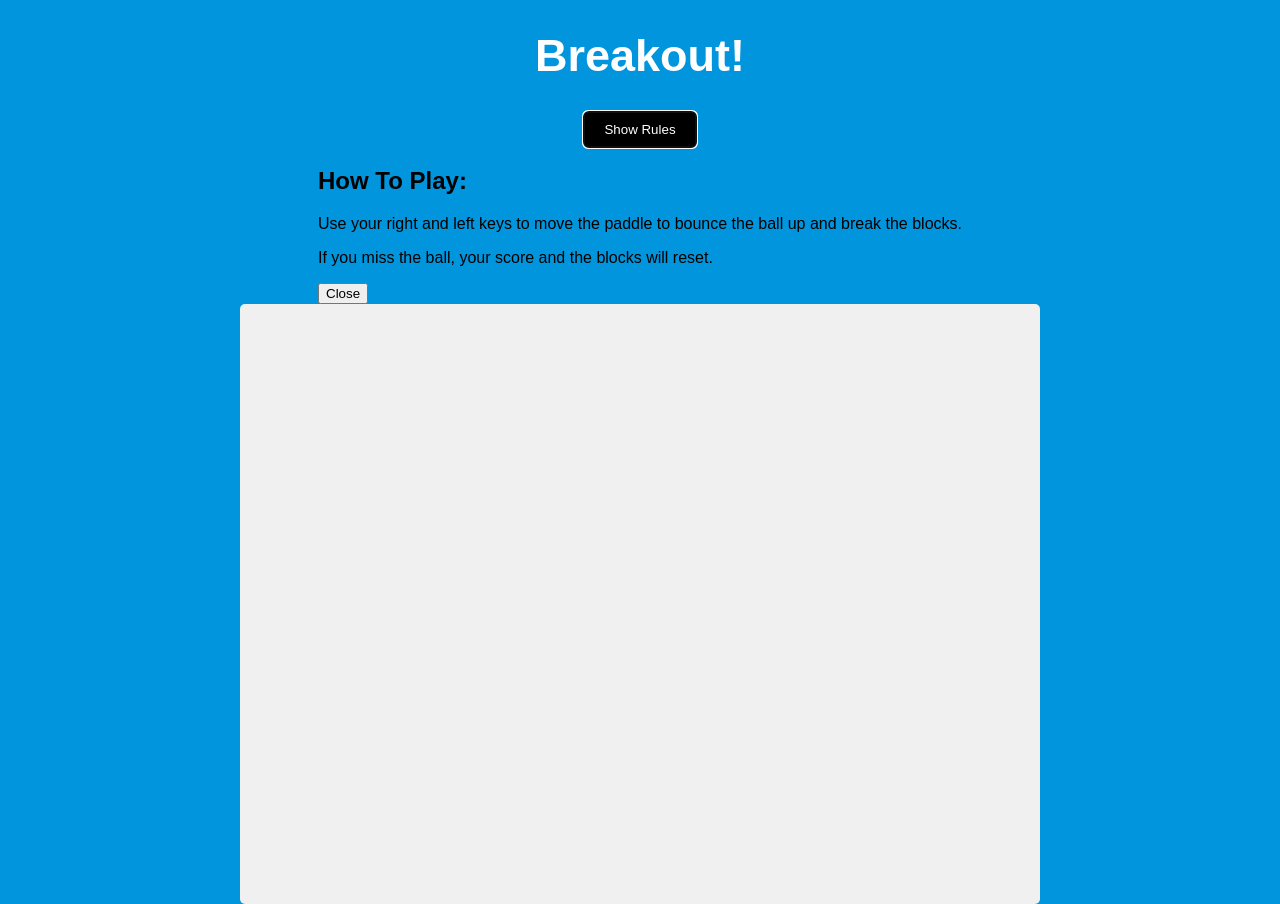
Repository: JackyZzZz/BREAKOUT-GAME
Page: index.html
The author's editor kept a copy of each file at every save. The page is drawn from the files as they stood at one save, then again after a run of saves.
The browser window is 1280 px wide. The pictures show the whole page.
The first visible `.btn` has the focus.

Above is the page before, as saved 2023-09-04 20:40:12.

### index.html
<!DOCTYPE html>
<html lang="en">
<head>
    <meta charset="UTF-8">
    <meta name="viewport" content="width=device-width, initial-scale=1.0">
    <meta http-equiv="" content="X-UA-Compatible" content="ie=edge">
    <link rel="stylesheet" href="style.css">
    <title>Breakout!</title>
</head>
<body>
    <h1>Breakout!</h1>
    <button id="rules-btn" class="btn rules-btn">Show Rules</button>
    <div id="rules" class="rules">
        <h2>How To Play:</h2>
        <p>
            Use your right and left keys to move the paddle to bounce the ball up and break the blocks.
        </p>
        <p>If you miss the ball, your score and the blocks will reset.</p>
        <button id="close-btn" class="close-btn">Close</button>
    </div>

    <canvas id="canvas" width="800" height="600"></canvas>

    <script src="script.js"></script>
</body>
</html>

### style.css
* {
    box-sizing: border-box;
}

body {
    background-color: #0095dd;
    display: flex;
    flex-direction: column;
    align-items: center;
    justify-content: center;
    font-family: Arial, Helvetica, sans-serif;
    min-height: 100vh;
    margin: 0;
}

h1 {
    font-size: 45px;
    color: #fff
}

canvas {
    background-color: #f0f0f0;
    display: block;
    border-radius: 5px;
}

.btn {
    cursor: pointer;
    border: 0;
    padding: 10px 20px;
    background-color: #000;
    color: #fff;
    border-radius: 5px;
}

Loaded but not shown: script.js (no copy from this time; the picture is the same without it)

After the next 2 saves:
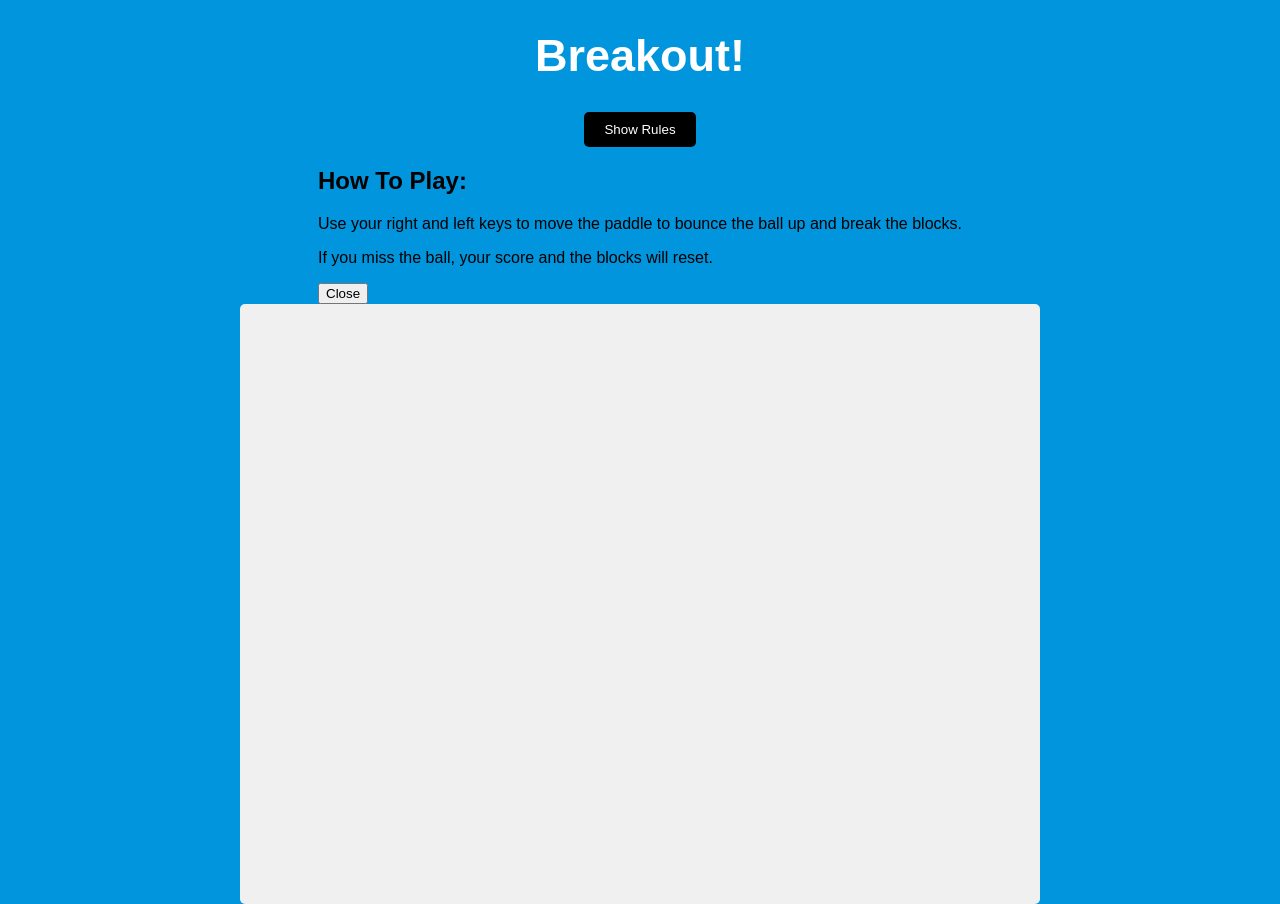
The 2 saves are shown as one change because they came seconds apart.
The last was saved 14 s later.
--- a/style.css
+++ b/style.css
@@ -32,3 +32,7 @@ canvas {
     color: #fff;
     border-radius: 5px;
 }
+
+.btn:focus {
+    outline: 0;
+}
